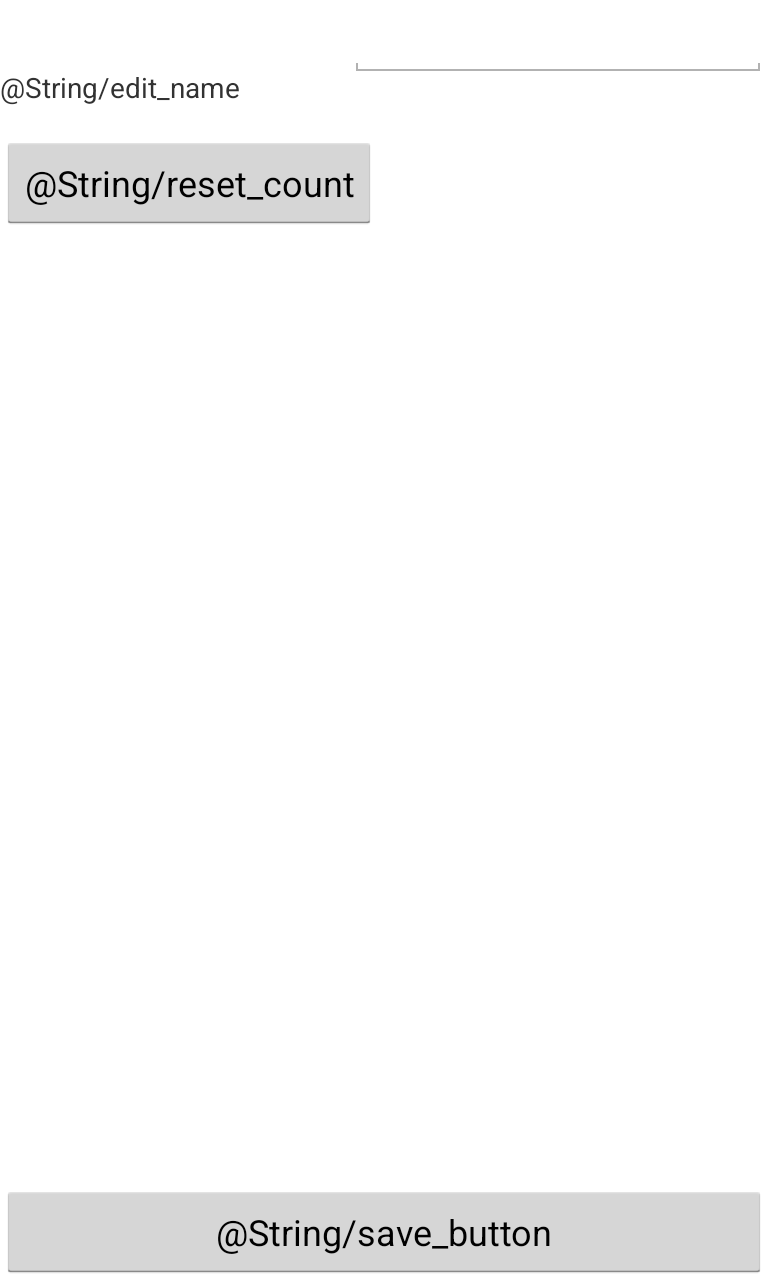
Repository: arweber1/CMPUT301_Assignment1
Layout: Assignment1/res/layout/edit_counter.xml
The author's editor kept a copy of each file at every save. The layout is drawn from the files as they stood at one save, then again after the next save.
It is drawn on a 768 x 1280 px phone screen (xhdpi) without system bars, with theme AppTheme; the app's code is not run.

Above is the layout before, as saved 2014-01-24 18:43:14.

After the next save:
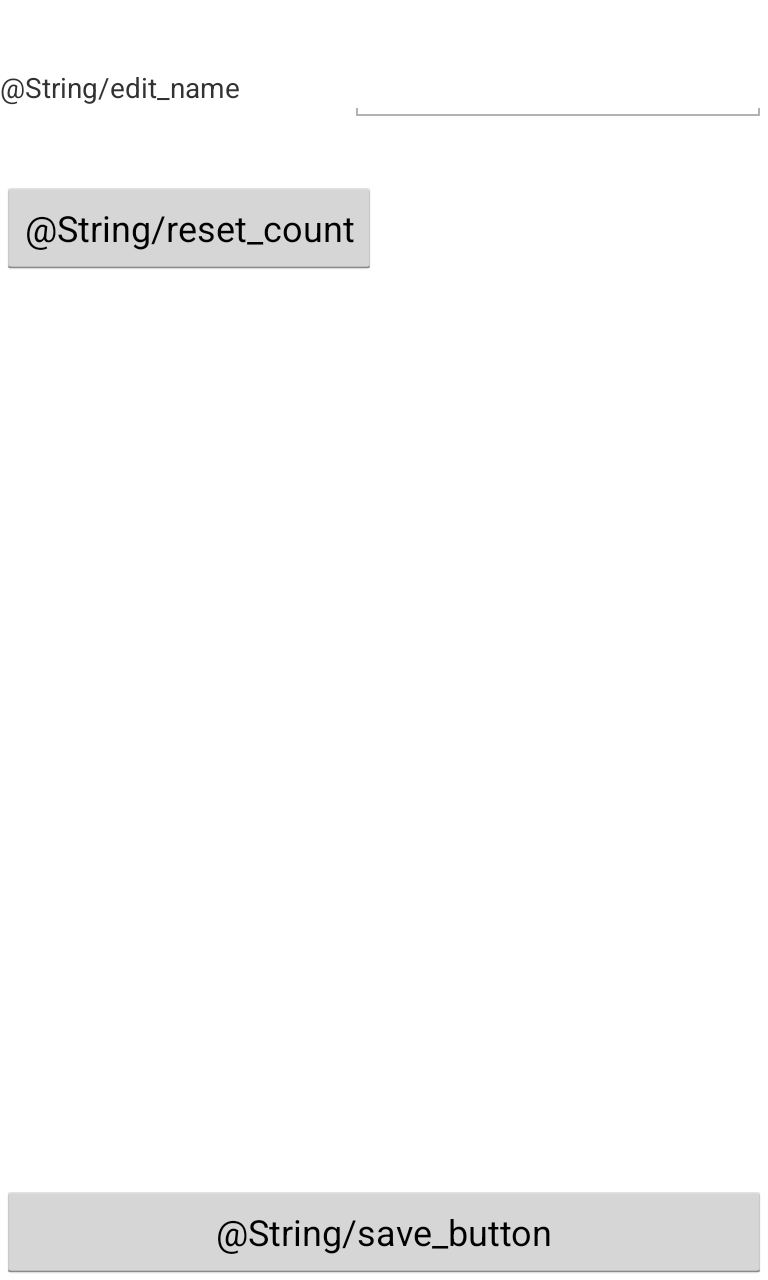
Saved 99 s later.
--- a/Assignment1/res/layout/edit_counter.xml
+++ b/Assignment1/res/layout/edit_counter.xml
@@ -16,8 +16,8 @@
         android:id="@+id/editName"
         android:layout_width="wrap_content"
         android:layout_height="wrap_content"
-        android:layout_alignBaseline="@+id/textView1"
-        android:layout_alignBottom="@+id/textView1"
+        android:layout_alignBaseline="@+id/edit_textView"
+        android:layout_alignBottom="@+id/edit_textView"
         android:layout_alignParentRight="true"
         android:inputType="textCapSentences"
         android:ems="10" />
